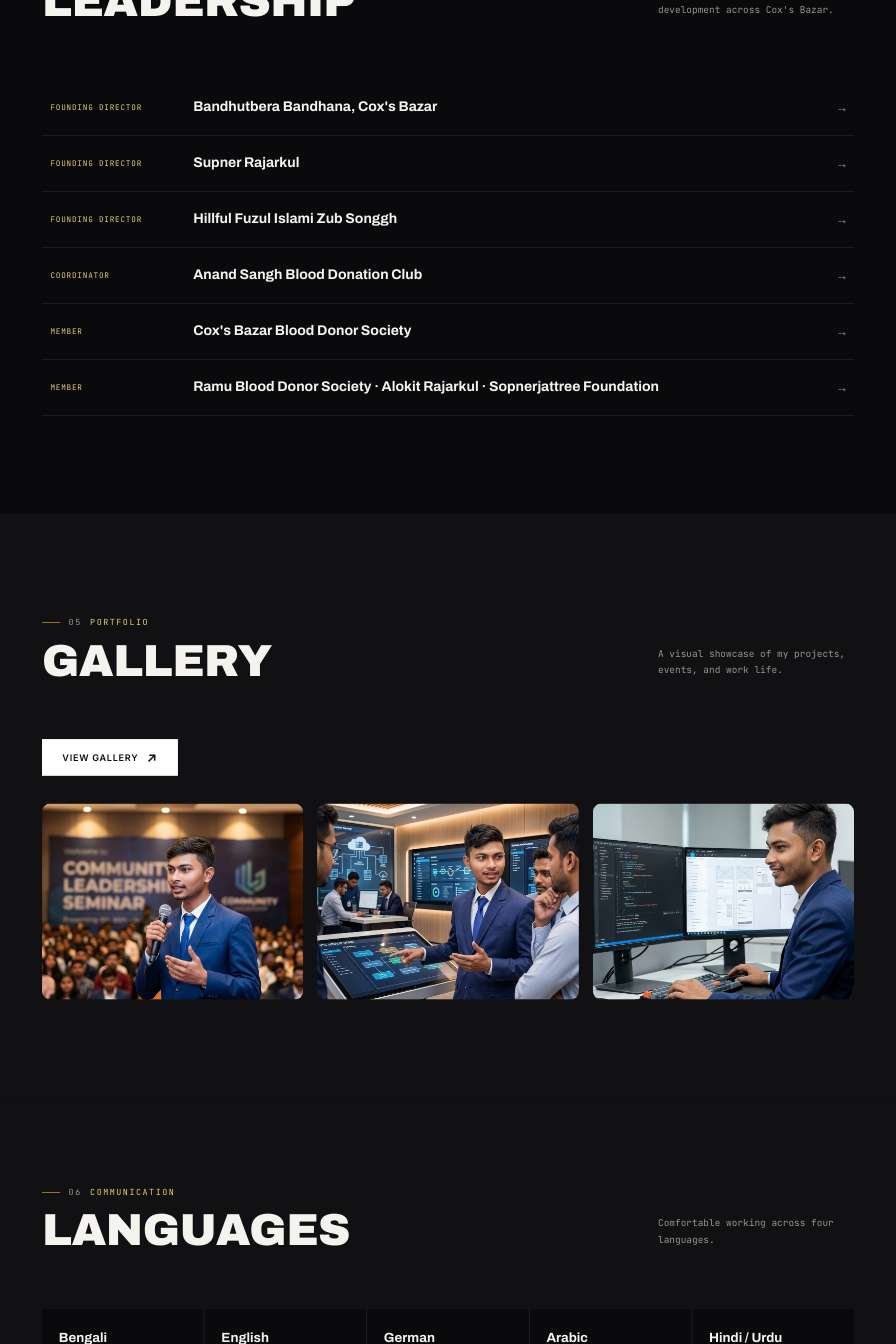
Repository: Saiful21Islam/My_Portfolio
Page: index.html
These files come from the project's save history. The page is drawn as it stood at one moment and after the next save; the edit follows.
The browser window is 1280 px wide. The pictures show the part of the page from y = 4580 to 6500 px (the page is 7519 px tall), at 70% of full size.
Pictures or frames that could not be fetched are drawn as grey boxes. Some web libraries are served in a nearby version.

Above is the page before, as saved 2026-09-25 22:00:42.

After the next save:
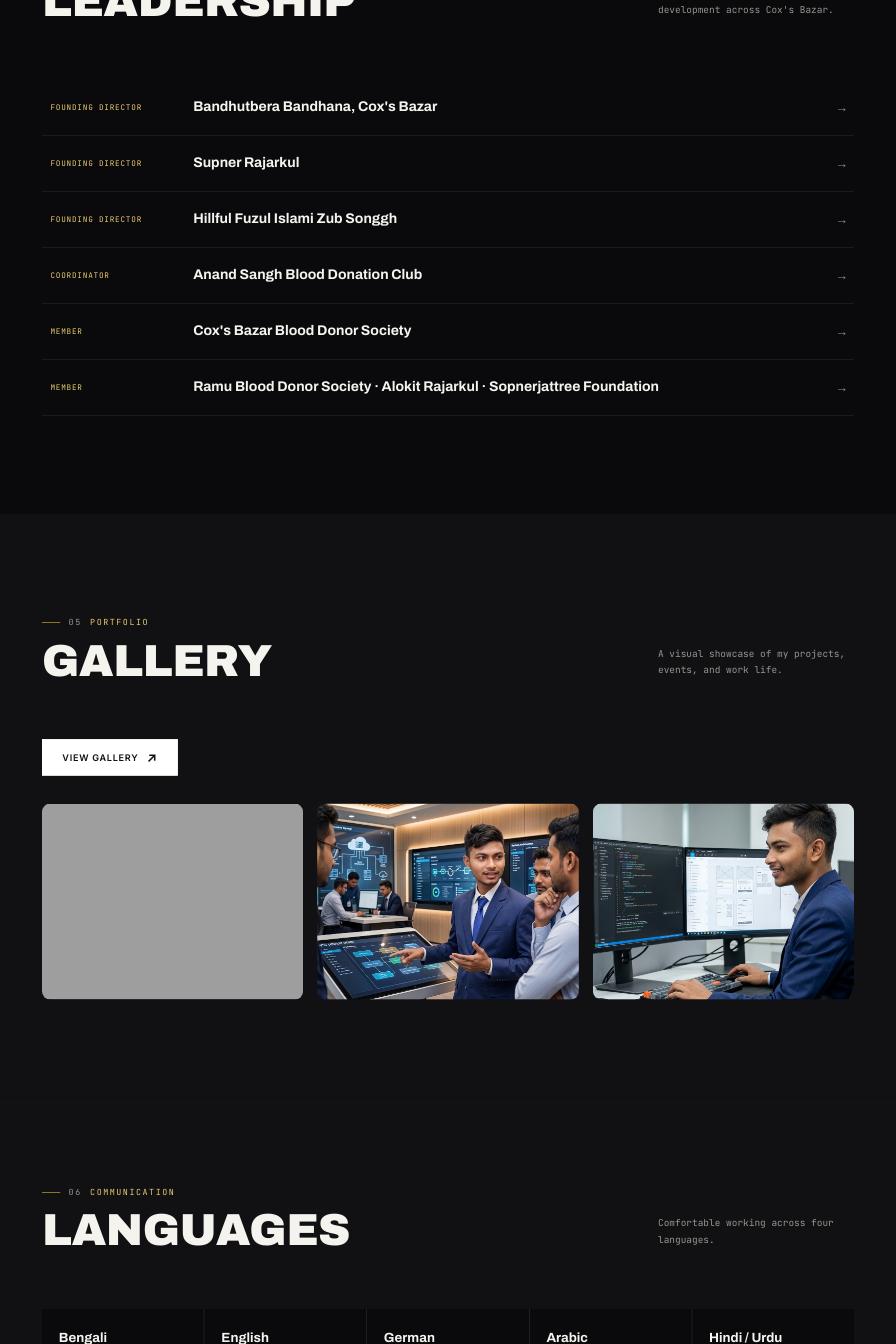
Saved 19 s later.
--- a/index.html
+++ b/index.html
@@ -362,7 +362,7 @@
 
       <div class="gallery-grid">
         <div class="gallery-item">
-          <img src="./Gallery/Community & Leadership.png" alt="Project 1">
+          <img src="./Ga" alt="Project 1">
           <div class="gallery-overlay">
             <h4>Project</h4>
             <p>Community & Leadership</p>

After the 3 saves that followed:
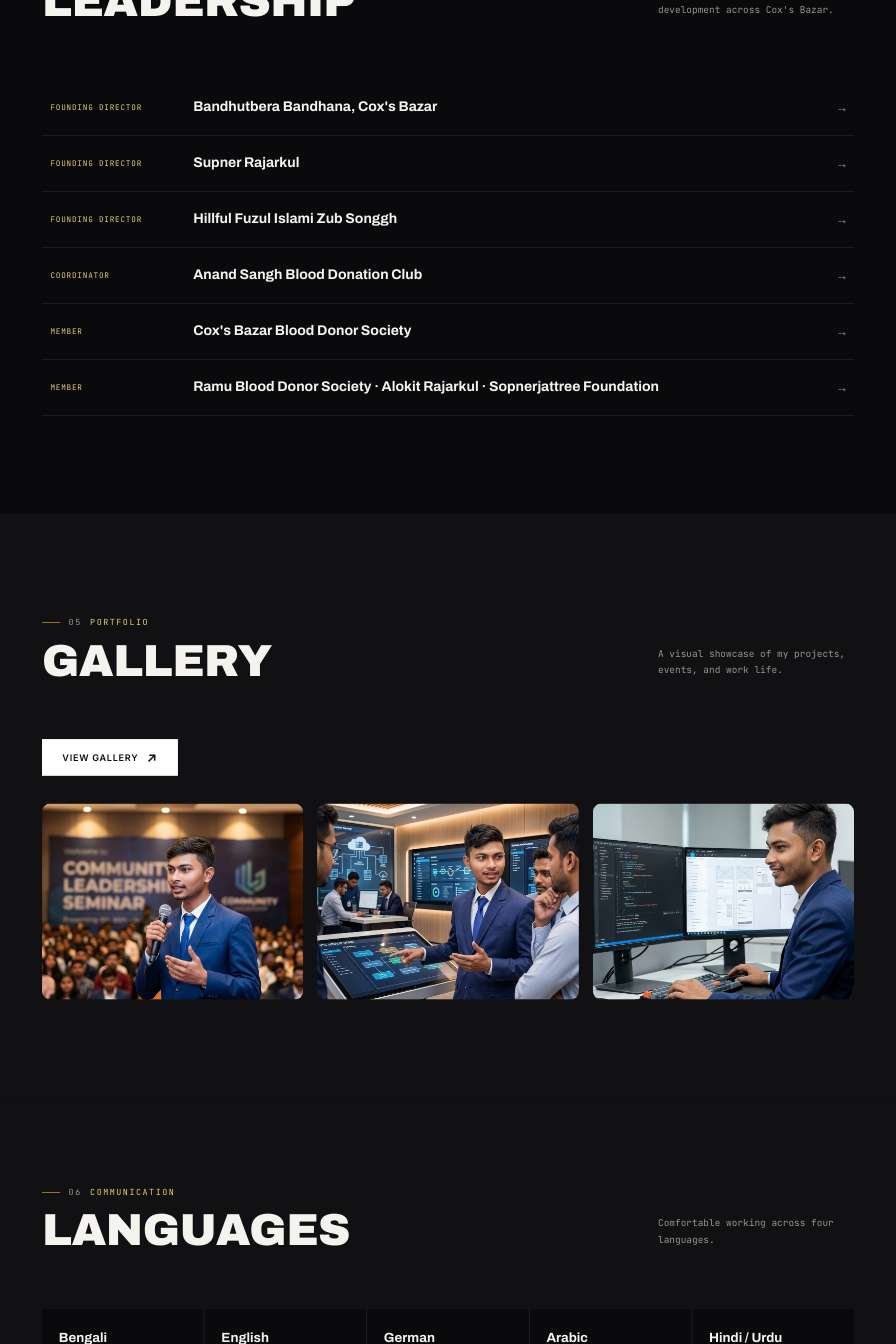
The 3 saves are shown as one change because 1 left the picture as it was and some came seconds apart.
The last was saved 10 s later.
--- a/index.html
+++ b/index.html
@@ -362,7 +362,7 @@
 
       <div class="gallery-grid">
         <div class="gallery-item">
-          <img src="./Ga" alt="Project 1">
+          <img src="./web/Community & Leadership.png" alt="Project 1">
           <div class="gallery-overlay">
             <h4>Project</h4>
             <p>Community & Leadership</p>
